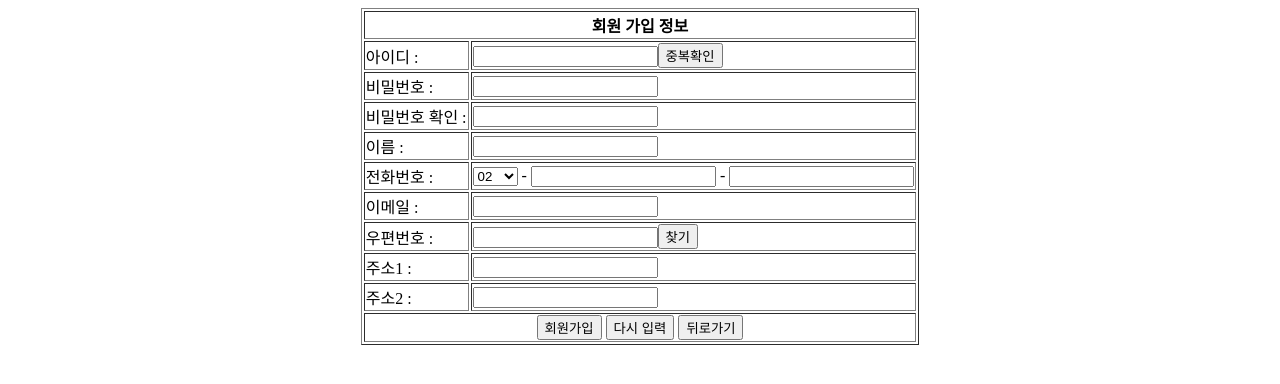
Repository: kdh3543/kh_SpringFramework
Page: http://localhost/Spring_04_Board/member/join
An editor plug-in stored every save of this project. The page is shown before and after the next save, followed by the edit.
The browser window is 1280 px wide. The pictures show the whole page.
The page is served by Tomcat 9. Other server files are loaded and not shown.

Above is the page before, as saved 2021-12-29 01:41:44.
Console error: SyntaxError: missing ) after argument list

### Spring_04_Board/src/main/webapp/WEB-INF/views/member/join.jsp
<%@ page language="java" contentType="text/html; charset=UTF-8"
	pageEncoding="UTF-8"%>
<%@ taglib prefix="c" uri="http://java.sun.com/jsp/jstl/core"%>
<!DOCTYPE html>
<html>
<head>
<meta charset="UTF-8">
<title>join</title>
<script src="https://code.jquery.com/jquery-3.6.0.js"></script>
</head>
<body>
	<form action="/signupProc/mem" method=post id=frm>
		<table border="1" align=center>
			<tr>
				<th colspan=2 align=center>회원 가입 정보
			</tr>
			<tr>
				<td class=title>아이디 :
				<td><input type=text id=id name=id><input type=button value=중복확인 id=check><span id=checkResult></span>
			</tr>
			<tr>
				<td class=title>비밀번호 :
				<td><input type=password id=pwd name=pwd>
			</tr>
			<tr>
				<td class=title>비밀번호 확인 :
				<td><input type=password id=repwd>
				<span id=result></span>
			</tr>
			<tr>
				<td class=title>이름 :
				<td><input type=text id=name name=name>
			</tr>
			<tr>
				<td class=title>전화번호 :
				<td>
					<select id=select name=select>
						<option>02
						<option>055
						<option>010
						<option>080
					</select>
					 - <input type=text id=num1 name=num1> - <input type=text id=num2 name=num2>
				</td>
			</tr>
			<tr>
				<td class=title>이메일 :
				<td><input type=text id=email name=email>
			</tr>
			<tr>
				<td class=title>우편번호 :
				<td><input type=text id=postcode name=postcode><input type=button value=찾기 id=search>
			</tr>
			<tr>
				<td class=title>주소1 :
				<td><input type=text id=adrs1 name=adrs1>
			</tr>
			<tr>
				<td class=title>주소2 :
				<td><input type=text id=adrs2 name=adrs2>
			</tr>

			<tr>
				<td colspan=2 align=center>
					<button type=submit>회원가입</button> <button type="reset">다시 입력</button> <a href="/"><button type=button>뒤로가기</button></a>
			</tr>
		</table>
	</form>
	<script>
		let frm = $("#frm");
		let id = $("#id");
		let pw = $("#pw");
		let repw = $("#repw");
		let checkResult = $("#checkResult");

		$(function(){
			$("#id").on("blur",function(){
				$.ajax({
					url:"/member/idDuplCheck",
					data:{id:id.val()}
				}).done(function(resp){
					if(resp="true"){
						checkResult.css("color","pink");
						checkResult.text(id.val()+"는 이미 사용중인 ID입니다.");
						id.val("");
						id.focus();
					}else{
						checkResult.css("color","dodgerblue");
						checkResult.text("사용가능한 ID 입니다.");
					}
				})
			})
		})

		frm.on("submit", function () {
	          let idRegex = /[a-z][a-z0-9]{5,10}/g;
	          let idResult = idRegex.test(id.val());
	          if (!idResult) {
	            alert("아이디를 제대로 입력해주세요.\n아이디는 6자리 이상 11자리 이하로 입력하셔야 하며\n첫자리는 숫자 입력을 하시거나 공백이 올 수 없습니다.");

	            id.val("");
	            id.focus();
	            return false;
	          }

	          let pwRegex = /[a-z0-9]{4}/;
	          let pwResult = pwRegex.test(pw2.val());
	          if (!pwResult) {
	            alert("패스워드는 4자리 이상 입력해주세요.");
	            pw1.val("");
	            pw2.val("");
	            pw1.focus();
	            return false;
	          }

	          let nameRegex = /[가-힣a-z]{2,5}/g;
	          let nameResult = nameRegex.test(name.val());
	          if (!nameResult) {
	            alert("이름을 제대로 입력해주세요.");
	            name.val("");
	            name.focus();
	            return false;
	          }
		}
	</script>
</body>
</html>

After the next save:
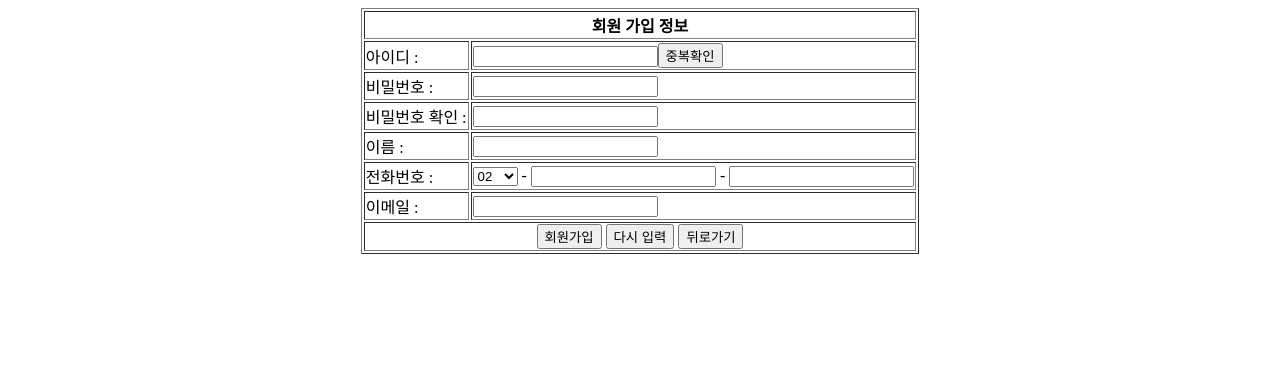
Saved 2 min 3 s later.
--- a/Spring_04_Board/src/main/webapp/WEB-INF/views/member/join.jsp
+++ b/Spring_04_Board/src/main/webapp/WEB-INF/views/member/join.jsp
@@ -48,19 +48,6 @@
 				<td><input type=text id=email name=email>
 			</tr>
 			<tr>
-				<td class=title>우편번호 :
-				<td><input type=text id=postcode name=postcode><input type=button value=찾기 id=search>
-			</tr>
-			<tr>
-				<td class=title>주소1 :
-				<td><input type=text id=adrs1 name=adrs1>
-			</tr>
-			<tr>
-				<td class=title>주소2 :
-				<td><input type=text id=adrs2 name=adrs2>
-			</tr>
-
-			<tr>
 				<td colspan=2 align=center>
 					<button type=submit>회원가입</button> <button type="reset">다시 입력</button> <a href="/"><button type=button>뒤로가기</button></a>
 			</tr>
@@ -69,8 +56,8 @@
 	<script>
 		let frm = $("#frm");
 		let id = $("#id");
-		let pw = $("#pw");
-		let repw = $("#repw");
+		let pw = $("#pwd");
+		let repw = $("#repwd");
 		let checkResult = $("#checkResult");
 
 		$(function(){
